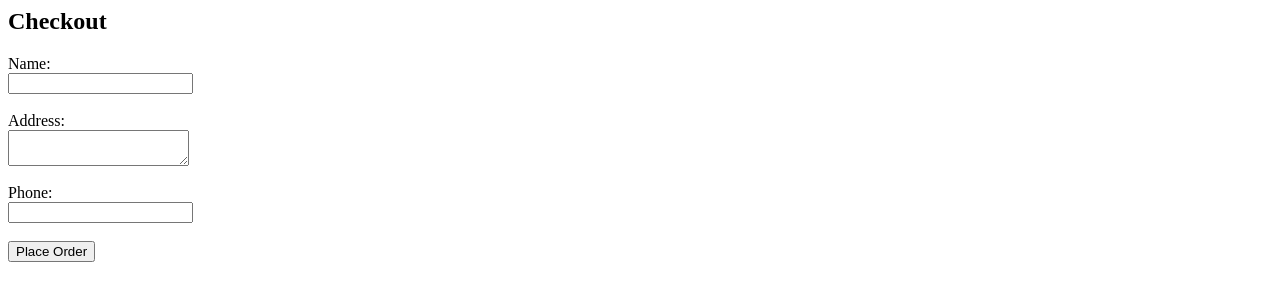
Repository: pranatirao365/WT
Page: http://localhost/ShoppingCartApp/checkout.jsp
An editor plug-in stored every save of this project. The page is shown before and after the next save, followed by the edit.
The browser window is 1280 px wide. The pictures show the whole page.
The page is served by Tomcat 10. Other server files are loaded and not shown.

Above is the page before, as saved 2026-04-26 12:34:41.

### week-13/ShoppingCartApp/src/main/webapp/checkout.jsp
<html>
<body>

<h2>Checkout</h2>

<form action="checkout" method="post">
    Name:<br>
    <input type="text" name="name" required><br><br>

    Address:<br>
    <textarea name="address" required></textarea><br><br>

    Phone:<br>
    <input type="text" name="phone" required><br><br>

    <button type="submit">Place Order</button>
</form>

</body>
</html>

After the next save:
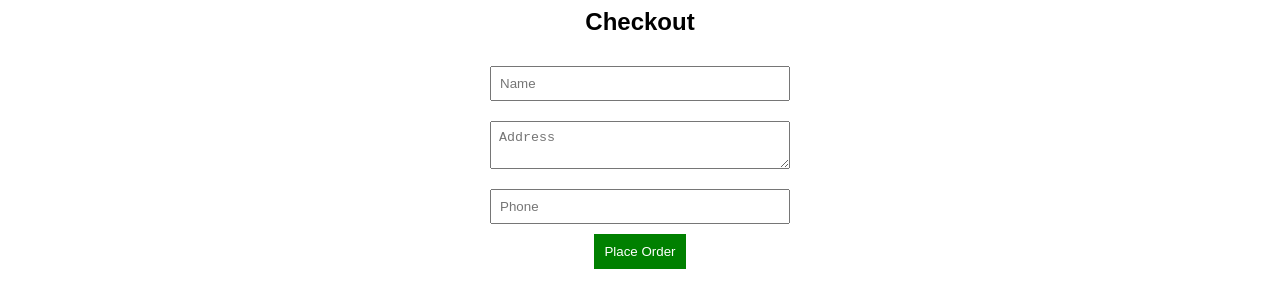
Saved 7 s later.
--- a/week-13/ShoppingCartApp/src/main/webapp/checkout.jsp
+++ b/week-13/ShoppingCartApp/src/main/webapp/checkout.jsp
@@ -1,19 +1,26 @@
 <html>
+<head>
+<style>
+body { font-family: Arial; text-align:center; }
+input, textarea {
+    width:300px; padding:8px; margin:10px;
+}
+button {
+    background:green; color:white;
+    padding:10px; border:none;
+}
+</style>
+</head>
+
 <body>
 
 <h2>Checkout</h2>
 
 <form action="checkout" method="post">
-    Name:<br>
-    <input type="text" name="name" required><br><br>
-
-    Address:<br>
-    <textarea name="address" required></textarea><br><br>
-
-    Phone:<br>
-    <input type="text" name="phone" required><br><br>
-
-    <button type="submit">Place Order</button>
+<input type="text" name="name" placeholder="Name" required><br>
+<textarea name="address" placeholder="Address" required></textarea><br>
+<input type="text" name="phone" placeholder="Phone" required><br>
+<button type="submit">Place Order</button>
 </form>
 
 </body>
